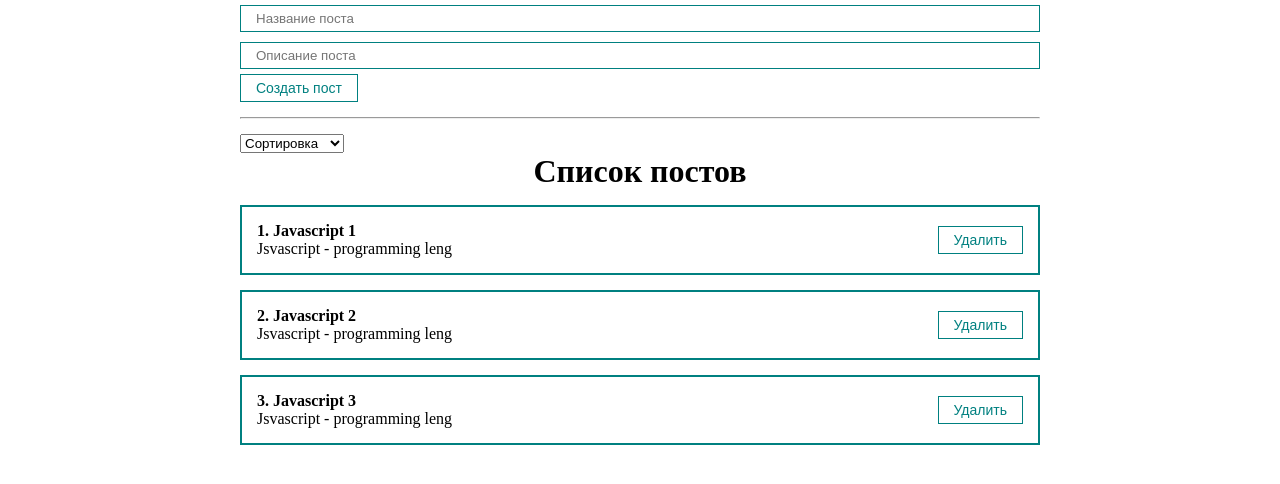
Repository: tsydikov/reactTodo
Page: /
These files come from the project's save history. The page is drawn as it stood at one moment and after the next save; the edit follows.
The browser window is 1280 px wide. The pictures show the whole page.
The project was rebuilt for these pictures with package versions that can differ from the ones it lists, and the page was loaded fresh each time.

Above is the page before, as saved 2021-08-29 14:34:25.

After the next save:
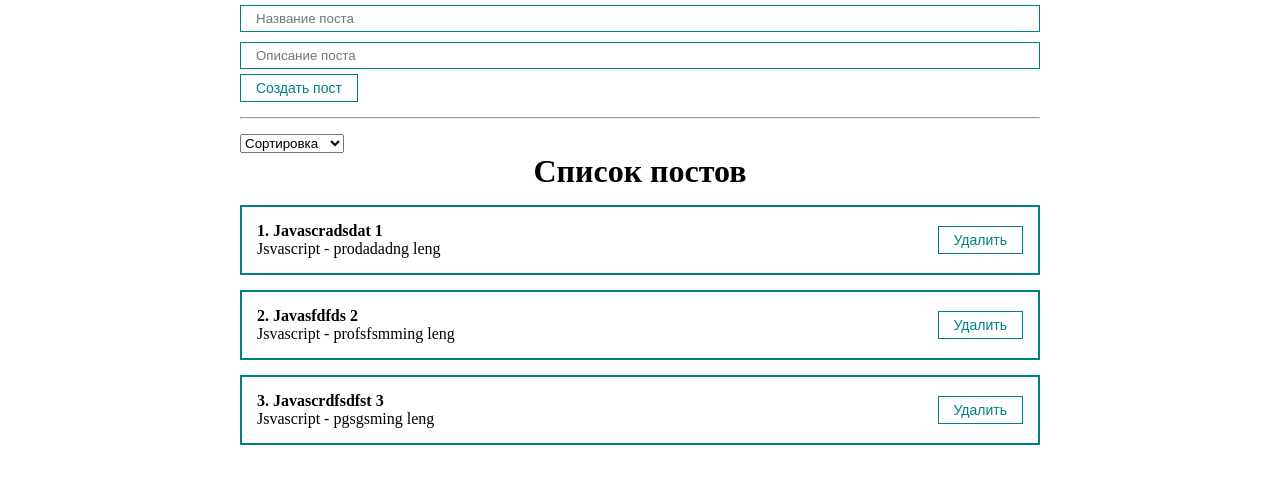
Saved 26 s later.
--- a/src/App.js
+++ b/src/App.js
@@ -6,9 +6,9 @@ import MySelect from './UI/select/MySelect';
 
 function App() {
   const [posts, setPosts] = useState([
-    { id: 1, title: 'Javascript 1', body: 'Jsvascript - programming leng' },
-    { id: 2, title: 'Javascript 2', body: 'Jsvascript - programming leng' },
-    { id: 3, title: 'Javascript 3', body: 'Jsvascript - programming leng' }
+    { id: 1, title: 'Javascradsdat 1', body: 'Jsvascript - prodadadng leng' },
+    { id: 2, title: 'Javasfdfds 2', body: 'Jsvascript - profsfsmming leng' },
+    { id: 3, title: 'Javascrdfsdfst 3', body: 'Jsvascript - pgsgsming leng' }
   ])
   const [selectedSort, setSelectedSort] = useState('')
   const createPost = (newPost) => {
